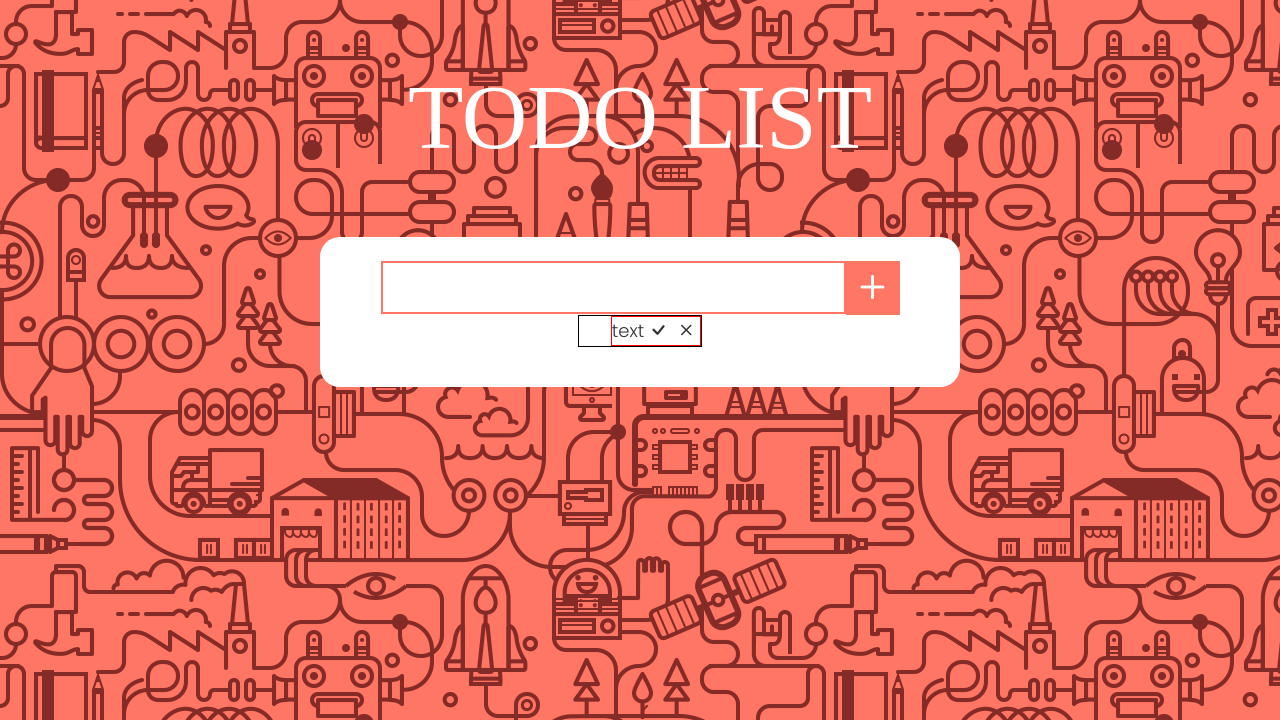
Repository: zum281/todo-list
Page: index.html
The author's editor kept a copy of each file at every save. The page is drawn from the files as they stood at one save, then again after a run of saves.
The browser window is 1280 px wide. The pictures show the whole page.
Some web fonts or font styles are not loaded; a fallback is used. Some web libraries are served in a nearby version. The style sheet was rebuilt from its Sass, Less or Tailwind sources for each picture, by a compiler version that may differ from the author's.

Above is the page before, as saved 2021-03-05 16:45:55.

### index.html
<!DOCTYPE html>
<html lang="en">

    <head>
        <meta charset="UTF-8">
        <meta http-equiv="X-UA-Compatible" content="IE=edge">
        <meta name="viewport" content="width=device-width, initial-scale=1.0">

        <!-- Bootstrap CSS -->
        <link href="https://cdn.jsdelivr.net/npm/bootstrap@5.0.0-beta2/dist/css/bootstrap.min.css" rel="stylesheet"
            integrity="sha384-BmbxuPwQa2lc/FVzBcNJ7UAyJxM6wuqIj61tLrc4wSX0szH/Ev+nYRRuWlolflfl" crossorigin="anonymous">
        <!-- Option 1: Bootstrap Bundle with Popper -->
        <script src="https://cdn.jsdelivr.net/npm/bootstrap@5.0.0-beta2/dist/js/bootstrap.bundle.min.js"
            integrity="sha384-b5kHyXgcpbZJO/tY9Ul7kGkf1S0CWuKcCD38l8YkeH8z8QjE0GmW1gYU5S9FOnJ0" crossorigin="anonymous">
        </script>
        <link rel="stylesheet" href="https://cdn.jsdelivr.net/npm/bootstrap-icons@1.4.0/font/bootstrap-icons.css">
        <!--Jquery-->
        <script src="https://code.jquery.com/jquery-3.6.0.min.js"
            integrity="sha256-/xUj+3OJU5yExlq6GSYGSHk7tPXikynS7ogEvDej/m4=" crossorigin="anonymous"></script>

        <link rel="stylesheet" href="css/main.css">
        <title>Todo List</title>
    </head>

    <body>
        <h1 class="title">TODO LIST</h1>
        <div class="container main">
            <div class="add-todo-box">
                <input type="text" name="add-todo" id="add-todo">
                <div class="icon"><i class="bi bi-plus"></i></div>
            </div>
            <div class="todo-list-container">
                <ul class="todo-list">
                    <li class="todo-item"><span class="todo-text">text</span>
                        <div class="icons">
                            <div class="icon"><i class="bi bi-check"></i></div>
                            <div class="icon"><i class="bi bi-x"></i></div>
                        </div>
                    </li>
                </ul>
            </div>
        </div>
        <script src="js/main.js"></script>
    </body>

</html>

### sass/main.scss
@import url("https://fonts.googleapis.com/css2?family=Poppins:wght@300;400;500;600;700&display=swap");
@import url("https://fonts.googleapis.com/css2?family=Chelsea+Market&display=swap");

* {
    margin: 0;
    padding: 0;
    box-sizing: border-box;
}

body {
    font-weight: 300;
    font-family: "Poppins";
    background: url("/assets/science.png");
    //background-color: #f0f0f0;
    background-repeat: repeat;
    color: #333333;
}

.title {
    font-family: "Chelsea Market";
    text-align: center;
    font-size: 68pt;
    color: #fff;
    margin: 4rem auto;
}

.main {
    display: flex;
    flex-direction: column;
    align-items: center;
    justify-content: space-between;
    margin-top: 1rem;
    padding: 1.5rem;
    max-width: 50%;
    border-radius: 20px;
    background-color: #fff;

    .add-todo-box {
        width: 100%;
        display: flex;
        align-items: center;
        justify-content: center;

        input {
            border: none;
            border: 2px solid #ff7665;
            line-height: 1;
            padding: 0.5rem 1rem 0.5rem 1rem;
            font-size: 22px;
            color: #333333;
            &:focus {
                border-bottom: 2px solid #b25246;
                outline: none;
            }
        }
        .icon {
            background-color: #ff7665;
            display: grid;
            place-items: center;
            width: 54px;
            height: 54px;
            color: #fff;
            cursor: pointer;

            i {
                font-size: 48px;
                line-height: 1;
            }
        }
    }
    ul {
        width: 100%;
        border: 1px solid black;
    }
    .todo-item {
        width: 100%;
        margin: 0 !important;
        border: 1px solid red;
        display: flex;
        align-items: center;
        justify-content: space-between;
        font-size: 18px;

        .icons {
            display: flex;
            .icon {
                display: grid;
                place-items: center;
                width: 28px;
                height: 28px;
                i {
                    font-size: 24px;
                    line-height: 1;
                }
            }
        }
    }
}

Loaded but not shown: js/main.js (common file)

After the next 2 saves:
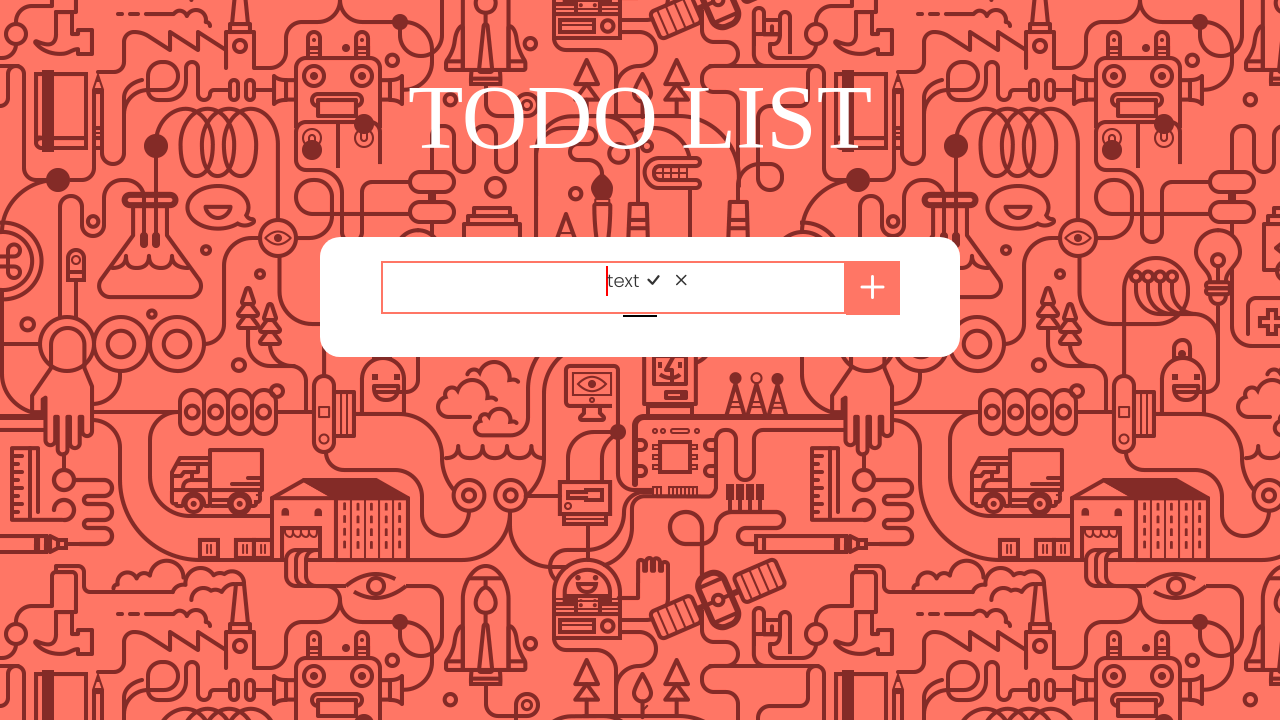
The 2 saves are shown as one change because they came seconds apart.
The last was saved 21 s later.
--- a/sass/main.scss
+++ b/sass/main.scss
@@ -74,7 +74,7 @@
     }
     .todo-item {
         width: 100%;
-        margin: 0 !important;
+        margin: -50px !important;
         border: 1px solid red;
         display: flex;
         align-items: center;

After the save that followed:
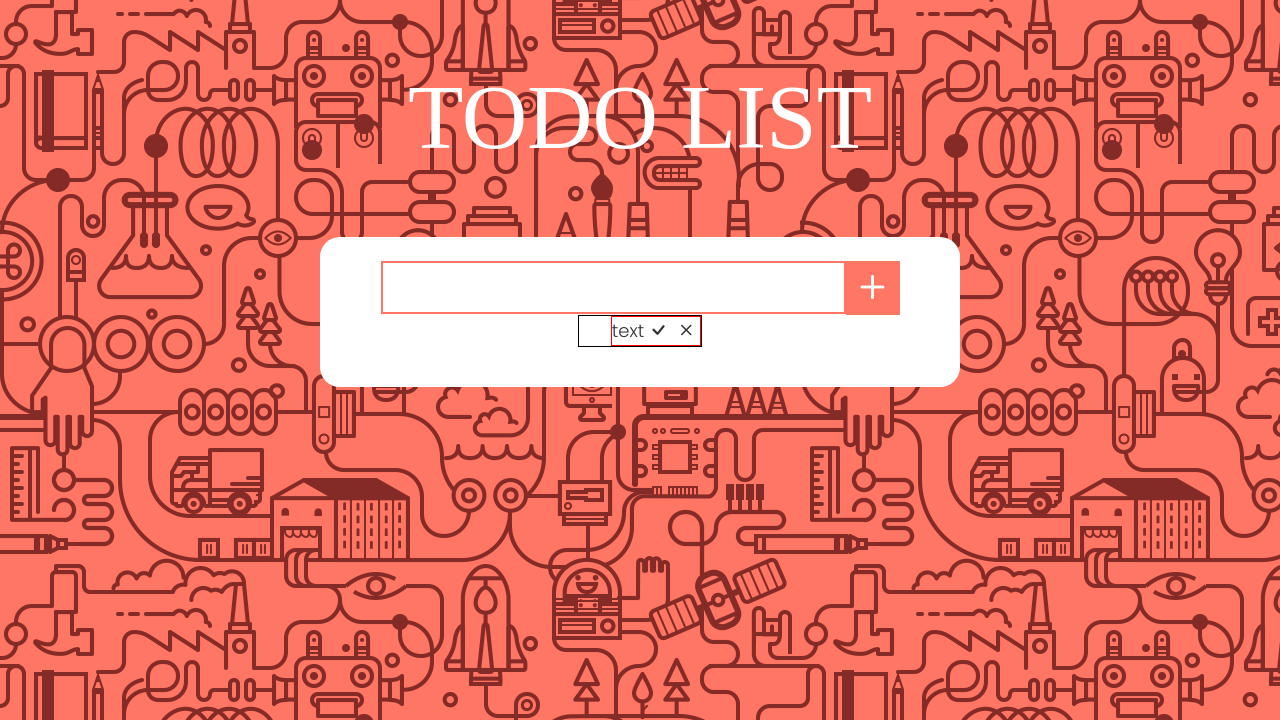
Saved 8 s later.
--- a/sass/main.scss
+++ b/sass/main.scss
@@ -74,7 +74,7 @@
     }
     .todo-item {
         width: 100%;
-        margin: -50px !important;
+        margin: 0 !important;
         border: 1px solid red;
         display: flex;
         align-items: center;
